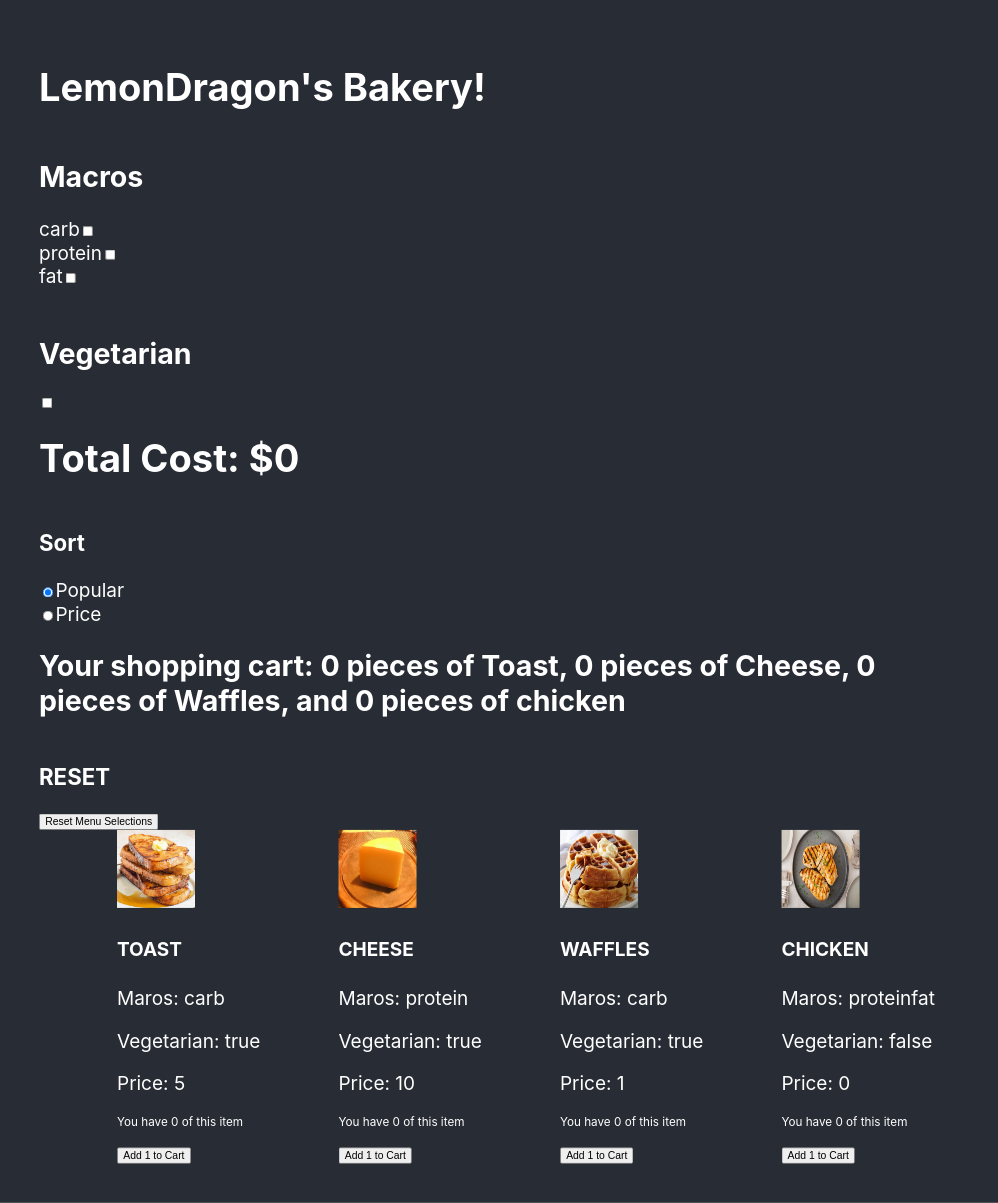
Repository: happydragon200/development
Page: /
The author's editor kept a copy of each file at every save. The page is drawn from the files as they stood at one save, then again after the next save.
The browser window is 1280 px wide. The pictures show the whole page, at 78% of full size.
The project was rebuilt for these pictures with package versions that can differ from the ones it lists, and the page was loaded fresh each time.

Above is the page before, as saved 2022-12-02 06:55:58.

After the next save:
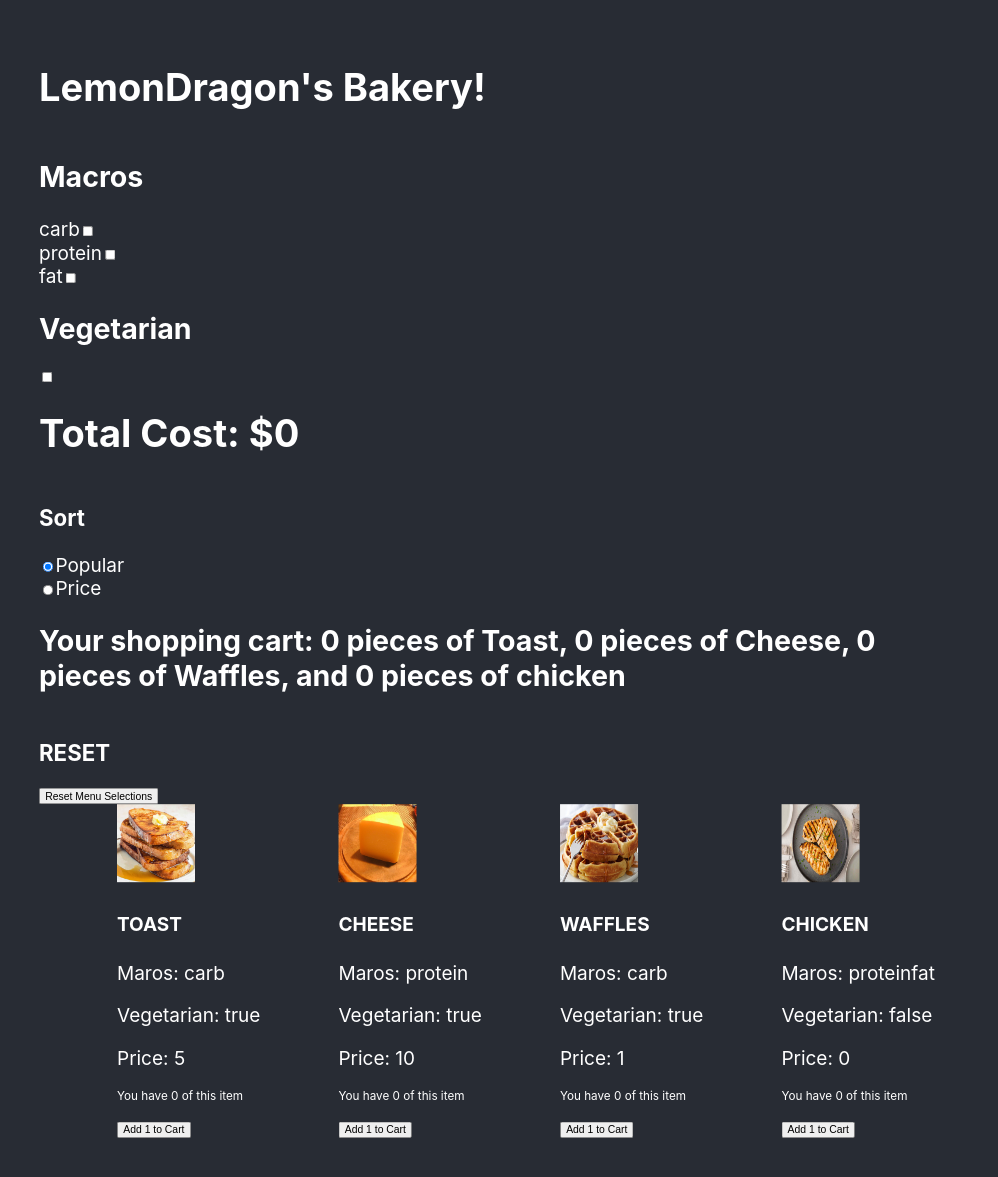
Saved 3 min 29 s later.
--- a/src/App.js
+++ b/src/App.js
@@ -39,7 +39,7 @@ function FilterBar(props) {
   return (
     <div>
       {buttons}
-      <h1>{selected}</h1>
+      {/* <h1>{selected}</h1> */}
     </div>
   )
 }
